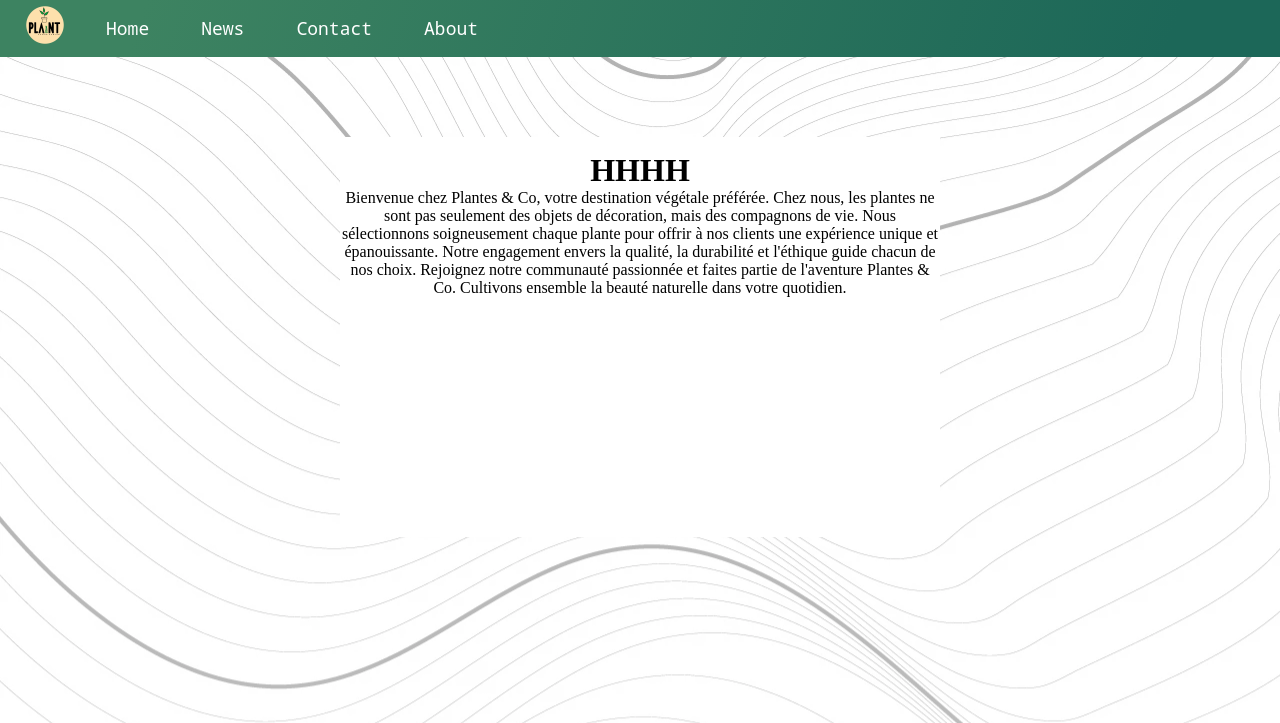
Repository: Flexo874/ISITECH-HTML-CSS
Page: about.html
These files come from the project's save history. The page is drawn as it stood at one moment and after the next save; the edit follows.
The browser window is 1280 px wide. The pictures show the whole page.

Above is the page before, as saved 2024-01-04 17:01:56.

### about.html
<!DOCTYPE html>
<html lang="en">
    <head>

        <link rel="icon" href="/images/logo_render_v2.png">
        <title>Plantes & Co</title>
        <link rel="stylesheet" href="about.css">
    </head>
    <body>
        <ul>
            <li>  <img src="images/logo_render_v2.png" alt="Logo"></li>
            <li><a href="index.html">Home</a></li>
            <li><a href="#news">News</a></li>
            <li><a href="/contact/contact.html">Contact</a></li>
            <li><a href="#about">About</a></li>
        </ul>

        <div class="plant-img">
            <div class="fade">

            </div>
            <div class="comment">
                <h1>HHHH</h1>
                <p>Bienvenue chez Plantes & Co, votre destination végétale préférée. Chez nous, les plantes ne sont pas seulement des objets de décoration, mais des compagnons de vie. Nous sélectionnons soigneusement chaque plante pour offrir à nos clients une expérience unique et épanouissante. Notre engagement envers la qualité, la durabilité et l'éthique guide chacun de nos choix. Rejoignez notre communauté passionnée et faites partie de l'aventure Plantes & Co. Cultivons ensemble la beauté naturelle dans votre quotidien.</p>
            </div>
        </div>





    </body>
</html>

### about.css
* {
    margin: 0;
    padding: 0;
    scroll-behavior: smooth;
  }
  ul {
    list-style-type: none;
    margin: 0;
    padding: 0;
    overflow: hidden;
    background-image: linear-gradient(
      109.6deg,
      rgba(61, 131, 97, 1) 11.2%,
      rgba(28, 103, 88, 1) 91.1%
    );
    display: flex;
    list-style: none;
    box-sizing: border-box;
    justify-content: left;
  }

  li img {
    width: 50px;
    height: auto;
    vertical-align: middle;
  }

  li {
    position: relative;
    margin-left: 20px;
  }

  li a {
    display: block;
    color: white;
    text-align: center;
    padding: 18px 16px;
    text-decoration: none;
    font-size: 18px;
    transition: 0.4s ease-in-out;
    position: center;
    font-family: "Noto Mono", monospace;
  }

  li a:hover {
    background-color: #00564B;
    border-radius: 5px;
    transform: scale(1.2);
  }


  .plant-img  {
    width: 100%;
    height: 52vw;
    object-fit: cover;
    overflow: hidden;
    background-image:url(images/lines.webp);
    justify-content: center;
    display: flex;
    vertical-align: middle;
  }

  .plant-img > .fade {
    position: absolute;
    width: 100%;
    height:auto;
    display: flex;
    justify-content: center;
    background-image: linear-gradient(0deg, white 0%, rgba(0,0,0,0) 15%);
  }


  .plant-img > .comment{
    position: relative;
   text-align: center;
    width: 600px;
    background-color:white;
    height: 400px;
    display: table-column;
    align-items:center;
    margin-top: 80px;
  }
  .comment h1{
    align-items:top;
    margin-top: 15px;
  }
  .comment p{
    text-align: center;

  }

After the next save:
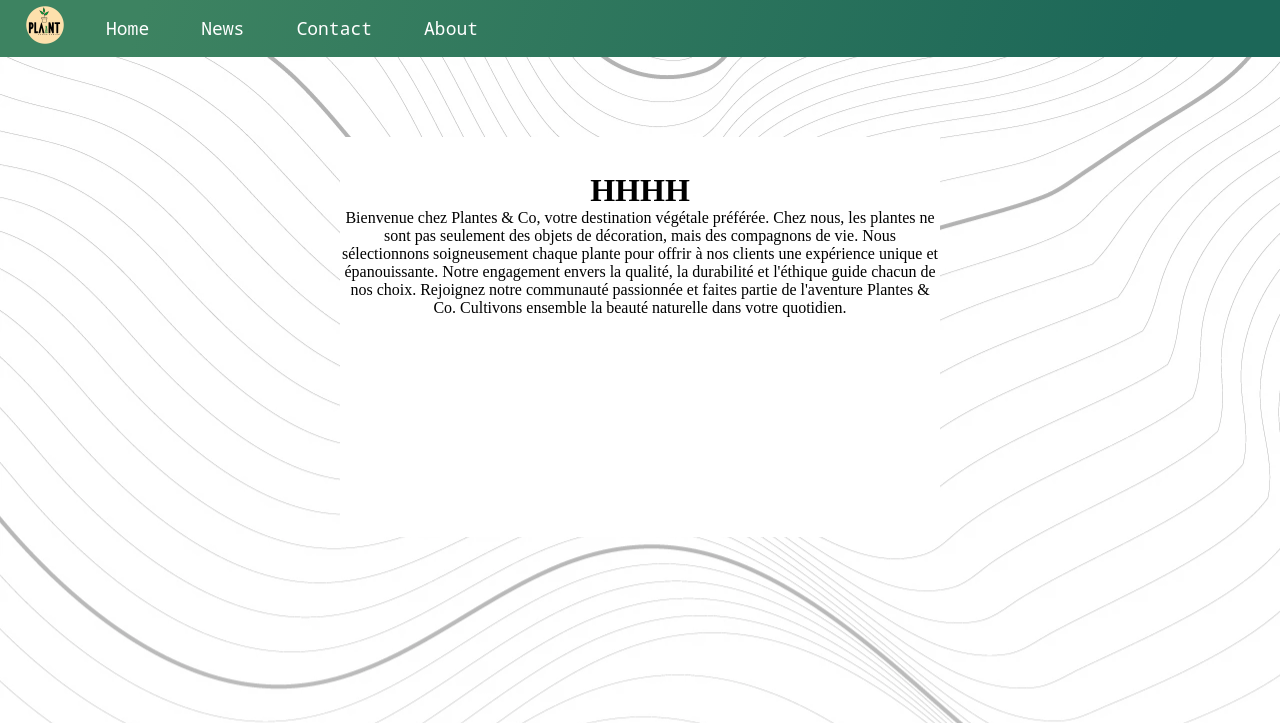
Saved 5 s later.
--- a/about.css
+++ b/about.css
@@ -82,7 +82,7 @@
   }
   .comment h1{
     align-items:top;
-    margin-top: 15px;
+    margin-top: 35px;
   }
   .comment p{
     text-align: center;
